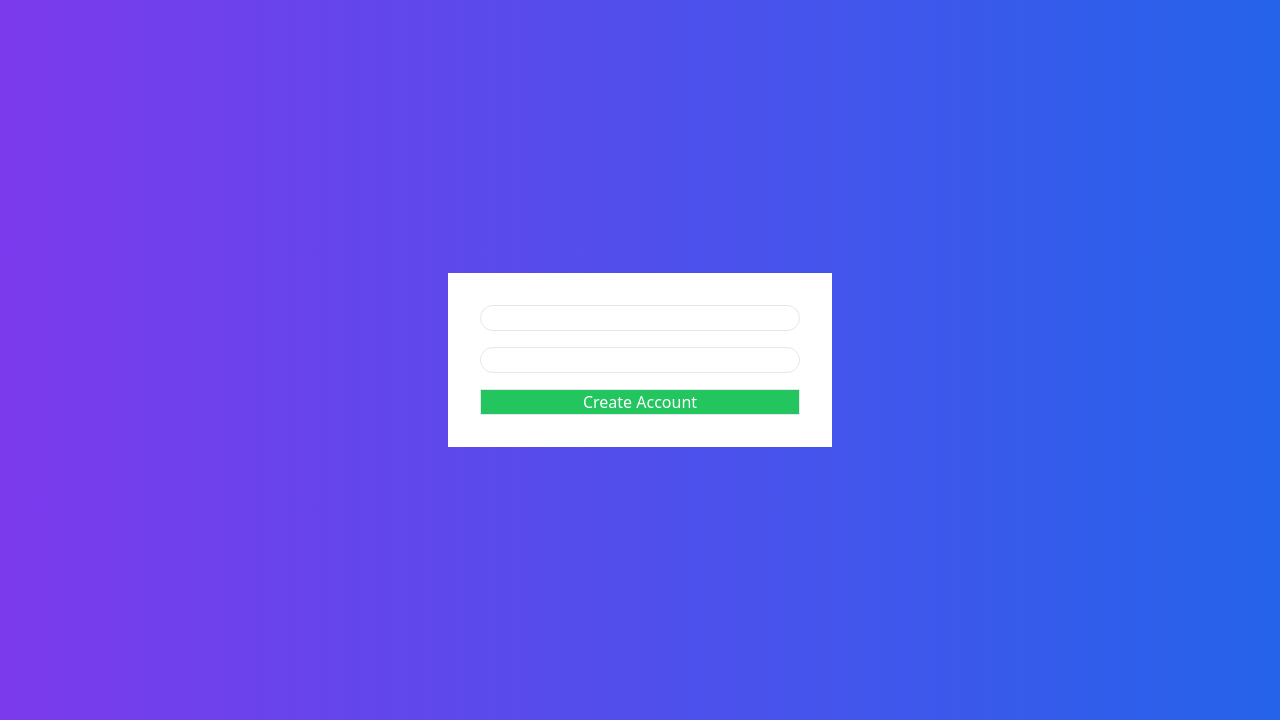
Repository: Velkan33/ReactTypescript
Page: /
The author's editor kept a copy of each file at every save. The page is drawn from the files as they stood at one save, then again after the next save.
The browser window is 1280 px wide. The pictures show the whole page.
The project was rebuilt for these pictures with package versions that can differ from the ones it lists, and the page was loaded fresh each time. Also part of the build but not shown: vite.config.ts.

Above is the page before, as saved 2023-04-05 05:42:35.

### index.html
<!DOCTYPE html>
<html lang="en">
 <head>
  <meta charset="UTF-8" />
  <link rel="icon" type="image/svg+xml" href="/vite.svg" />
  <link rel="stylesheet" href="/src/styles/output.css" />
  <link rel="preconnect" href="https://fonts.googleapis.com" />
  <link rel="preconnect" href="https://fonts.gstatic.com" crossorigin />
  <link
   href="https://fonts.googleapis.com/css2?family=Permanent+Marker&display=swap"
   rel="stylesheet"
  />
  <meta name="viewport" content="width=device-width, initial-scale=1.0" />
  <title>Vite + React + TS</title>
 </head>
 <body>
  <div id="root"></div>
  <script type="module" src="/src/main.tsx"></script>
 </body>
</html>

### src/main.tsx
import React from 'react';
import ReactDOM from 'react-dom/client';
import App from './App';

ReactDOM.createRoot(document.getElementById('root') as HTMLElement).render(
 <React.StrictMode>
  <App />
 </React.StrictMode>
);

### src/App.tsx
import React from 'react';

import UserFetchApp from './999_Diario_React/DummyJSONFetchUsers/UserFetchApp';
import LogginApp from './999_Diario_React/DummyJSONLoggin/LoginApp';

function App() {
 const SongFinderStyle =
  'h-full w-full bg-gradient-to-l from-blue-600 to-violet-600 text-white';
 return (
  <div className={SongFinderStyle}>
   {/* <CrudApi5A /> */}
   {/* <SongSearch /> */}
   {/* <UserFetchApp /> */}
   <LogginApp />
  </div>
 );
}

export default App;

### src/999_Diario_React/DummyJSONLoggin/LoginApp.tsx
import React from 'react';
import LoginCard from './LoginCard';

export default function LogginApp() {
 return (
  <div className="h-screen grid place-items-center">
   <LoginCard />
  </div>
 );
}

### src/999_Diario_React/DummyJSONLoggin/LoginCard.tsx
import React from 'react';

export default function LoginCard() {
 return (
  <div className="bg-white text-gray-800 p-8">
   <form className="grid gap-4">
    <input type="text" className="rounded-full border" />
    <input type="text" className="border rounded-full" />
    <input
     type="submit"
     value="Create Account"
     className="bg-green-500 text-white w-[20rem] border"
    />
   </form>
  </div>
 );
}

Loaded but not shown: src/styles/output.css (1915 lines, source omitted)

After the next save:
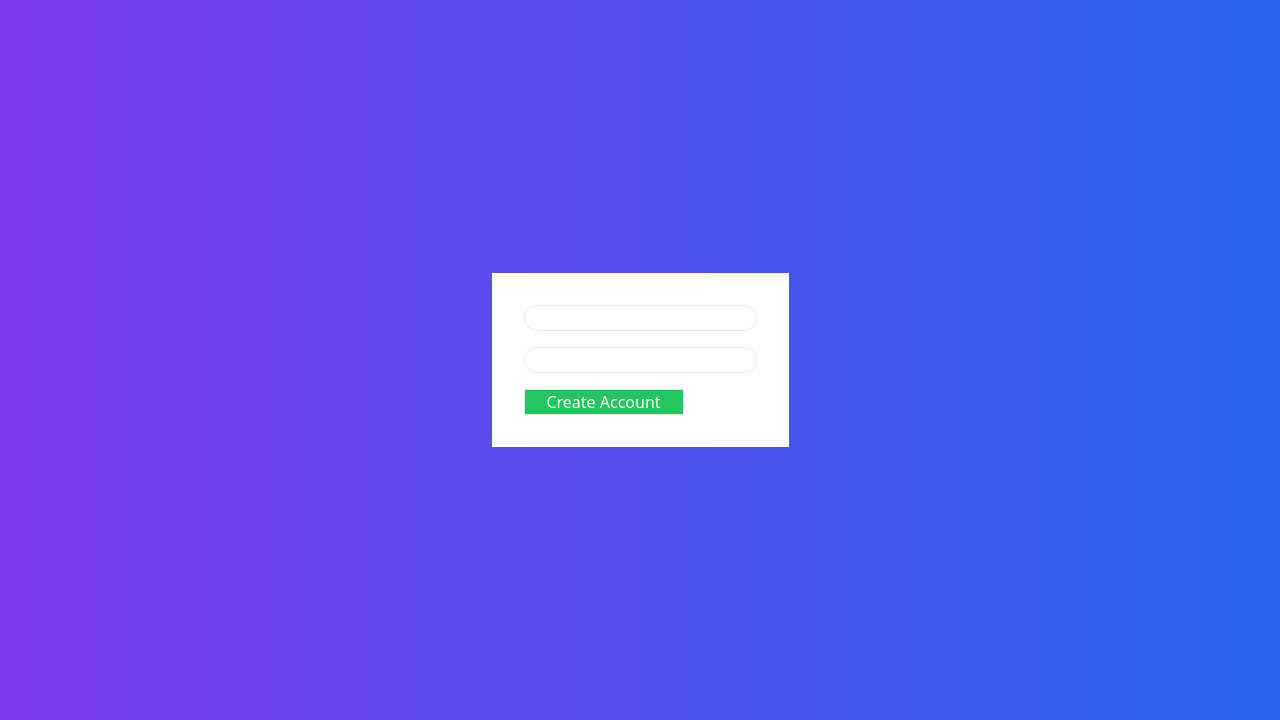
Saved 12 s later.
--- a/src/999_Diario_React/DummyJSONLoggin/LoginCard.tsx
+++ b/src/999_Diario_React/DummyJSONLoggin/LoginCard.tsx
@@ -9,7 +9,7 @@ export default function LoginCard() {
     <input
      type="submit"
      value="Create Account"
-     className="bg-green-500 text-white w-[20rem] border"
+     className="bg-green-500 text-white w-[10rem] border"
     />
    </form>
   </div>
